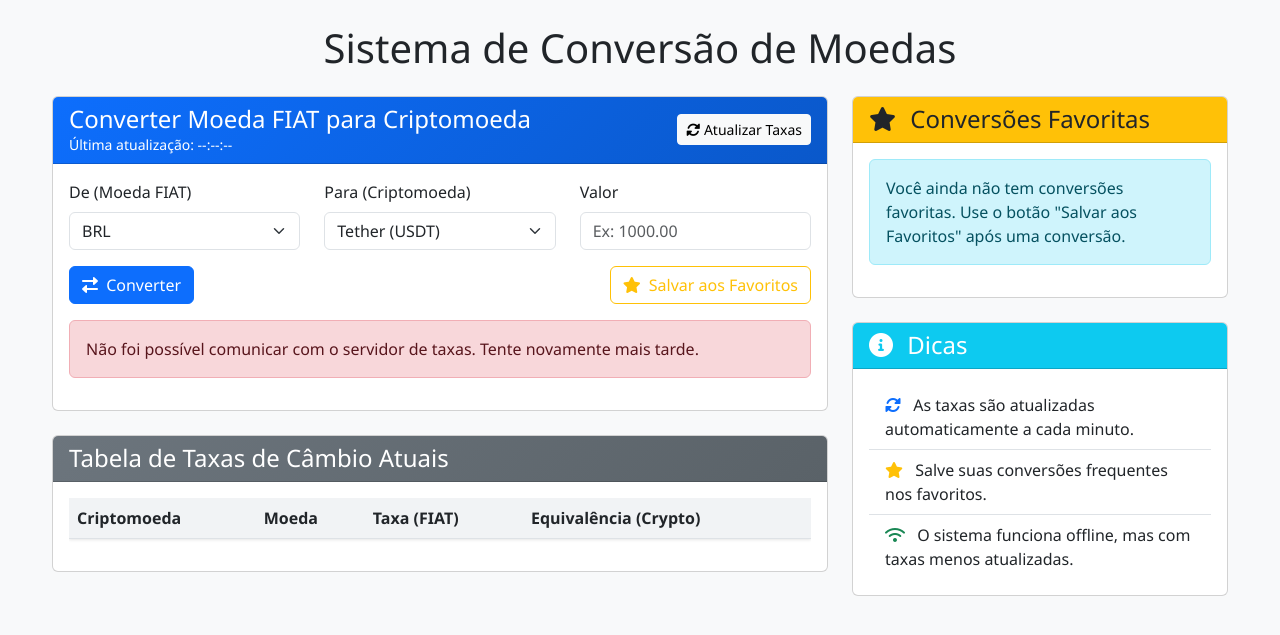
Repository: victorvilanova/crypto-convert-system
Page: index.html
These files come from the project's save history. The page is drawn as it stood at one moment and after the next save; the edit follows.
The browser window is 1280 px wide. The pictures show the whole page.
The page's requests for data from a server got no answer.

Above is the page before, as saved 2025-04-10 19:01:00.

### index.html
<!DOCTYPE html>
<html lang="pt-br">
  <head>
    <meta charset="UTF-8" />
    <meta name="viewport" content="width=device-width, initial-scale=1.0" />
    <title>Sistema de Conversão FIAT para Criptomoedas</title>
    <link
      href="https://cdn.jsdelivr.net/npm/bootstrap@5.3.0/dist/css/bootstrap.min.css"
      rel="stylesheet"
    />
    <link rel="stylesheet" href="https://cdnjs.cloudflare.com/ajax/libs/font-awesome/6.0.0-beta3/css/all.min.css">
    <link rel="stylesheet" href="assets/css/style.css" />
  </head>
  <body>
    <div id="offlineAlert" class="alert alert-warning sticky-top" style="display: none;">
      <strong>Você está offline!</strong> Os dados de taxas podem estar desatualizados.
    </div>

    <div class="container mt-4">
      <div class="row">
        <div class="col-md-12">
          <h1 class="text-center mb-4">Sistema de Conversão de Moedas</h1>

          <!-- Área de mensagens temporárias -->
          <div id="message" class="mb-3" style="display: none;"></div>

          <div class="row">
            <!-- Coluna principal -->
            <div class="col-lg-8">
              <!-- Conversor -->
              <div class="card mb-4">
                <div class="card-header bg-primary text-white d-flex justify-content-between align-items-center">
                  <div>
                    <h2 class="h4 mb-0">Converter Moeda FIAT para Criptomoeda</h2>
                    <div class="small">
                      Última atualização: <span id="lastUpdate">--:--:--</span>
                    </div>
                  </div>
                  <button id="forceUpdateBtn" class="btn btn-sm btn-light">
                    <i class="fas fa-sync-alt"></i> Atualizar Taxas
                  </button>
                </div>
                <div class="card-body">
                  <form id="converterForm">
                    <div class="row mb-3">
                      <div class="col-md-4">
                        <label for="fromCurrency" class="form-label"
                          >De (Moeda FIAT)</label
                        >
                        <select id="fromCurrency" class="form-select" required>
                          <!-- Opções serão preenchidas pelo JavaScript -->
                        </select>
                      </div>
                      <div class="col-md-4">
                        <label for="toCrypto" class="form-label"
                          >Para (Criptomoeda)</label
                        >
                        <select id="toCrypto" class="form-select" required>
                          <!-- Opções serão preenchidas pelo JavaScript -->
                        </select>
                      </div>
                      <div class="col-md-4">
                        <label for="amount" class="form-label">Valor</label>
                        <input
                          type="number"
                          id="amount"
                          class="form-control"
                          step="0.01"
                          min="0.01"
                          required
                          placeholder="Ex: 1000.00"
                        />
                      </div>
                    </div>
                    <div class="d-flex justify-content-between">
                      <button type="button" id="convertBtn" class="btn btn-primary">
                        <i class="fas fa-exchange-alt me-1"></i> Converter
                      </button>
                      <button type="button" id="addFavoriteBtn" class="btn btn-outline-warning">
                        <i class="fas fa-star me-1"></i> Salvar aos Favoritos
                      </button>
                    </div>
                  </form>

                  <div id="loading" class="text-center my-3" style="display: none">
                    <div class="spinner-border text-primary" role="status">
                      <span class="visually-hidden">Carregando...</span>
                    </div>
                    <p class="mt-2">Processando, aguarde...</p>
                  </div>

                  <div id="result" class="mt-3" style="display: none">
                    <!-- Resultado será exibido aqui pelo JavaScript -->
                  </div>

                  <div id="error" class="mt-3" style="display: none">
                    <!-- Erros serão exibidos aqui pelo JavaScript -->
                  </div>
                </div>
              </div>

              <!-- Tabela de Taxas de Câmbio -->
              <div class="card">
                <div class="card-header bg-secondary text-white">
                  <h2 class="h4 mb-0">Tabela de Taxas de Câmbio Atuais</h2>
                </div>
                <div class="card-body">
                  <div class="table-responsive">
                    <table class="table table-striped table-hover">
                      <thead>
                        <tr>
                          <th>Criptomoeda</th>
                          <th>Moeda</th>
                          <th>Taxa (FIAT)</th>
                          <th>Equivalência (Crypto)</th>
                        </tr>
                      </thead>
                      <tbody id="ratesTableBody">
                        <!-- Taxas serão preenchidas pelo JavaScript -->
                      </tbody>
                    </table>
                  </div>
                </div>
              </div>
            </div>

            <!-- Coluna lateral -->
            <div class="col-lg-4">
              <!-- Favoritos -->
              <div class="card mb-4">
                <div class="card-header bg-warning text-dark">
                  <h2 class="h4 mb-0">
                    <i class="fas fa-star me-2"></i> Conversões Favoritas
                  </h2>
                </div>
                <div class="card-body">
                  <div id="favoritesContainer">
                    <!-- Favoritos serão preenchidos pelo JavaScript -->
                  </div>
                </div>
              </div>

              <!-- Dicas -->
              <div class="card">
                <div class="card-header bg-info text-white">
                  <h2 class="h4 mb-0">
                    <i class="fas fa-info-circle me-2"></i> Dicas
                  </h2>
                </div>
                <div class="card-body">
                  <ul class="list-group list-group-flush">
                    <li class="list-group-item">
                      <i class="fas fa-sync-alt text-primary me-2"></i>
                      As taxas são atualizadas automaticamente a cada minuto.
                    </li>
                    <li class="list-group-item">
                      <i class="fas fa-star text-warning me-2"></i>
                      Salve suas conversões frequentes nos favoritos.
                    </li>
                    <li class="list-group-item">
                      <i class="fas fa-wifi text-success me-2"></i>
                      O sistema funciona offline, mas com taxas menos atualizadas.
                    </li>
                  </ul>
                </div>
              </div>
            </div>
          </div>
        </div>
      </div>
    </div>

    <!-- Importando o ponto de entrada da aplicação como um módulo ES6 -->
    <script type="module" src="assets/js/app.js"></script>
  </body>
</html>

### assets/css/style.css
/*** CSS para o banner de KYC ***/
.kyc-banner {
  width: 100%;
  background-color: #fff3cd;
  border: 1px solid #ffeeba;
  margin-bottom: 20px;
  border-radius: 8px;
  box-shadow: 0 2px 8px rgba(0, 0, 0, 0.1);
  animation: fadeInDown 0.5s ease;
}

.kyc-banner-content {
  display: flex;
  align-items: center;
  padding: 16px;
  position: relative;
}

.kyc-banner-icon {
  color: #e4a11b;
  font-size: 24px;
  margin-right: 16px;
  display: flex;
  align-items: center;
  justify-content: center;
}

.kyc-banner-text {
  flex: 1;
}

.kyc-banner-text h3 {
  margin: 0 0 4px 0;
  font-size: 18px;
  color: #856404;
}

.kyc-banner-text p {
  margin: 0;
  color: #856404;
}

.btn-start-kyc-banner {
  margin-left: 16px;
  white-space: nowrap;
  background-color: #ffc107;
  border-color: #ffc107;
  color: #212529;
}

.btn-start-kyc-banner:hover {
  background-color: #e0a800;
  border-color: #d39e00;
}

.kyc-banner-close {
  position: absolute;
  top: 8px;
  right: 8px;
  background: none;
  border: none;
  color: #856404;
  font-size: 20px;
  cursor: pointer;
  padding: 0;
  line-height: 1;
}

@keyframes fadeInDown {
  from {
    opacity: 0;
    transform: translateY(-20px);
  }
  to {
    opacity: 1;
    transform: translateY(0);
  }
}

/**
 * Estilos customizados para o Sistema de Conversão de Moedas
 */

/* Estilos gerais */
body {
  background-color: #f8f9fa;
  font-family: 'Segoe UI', Tahoma, Geneva, Verdana, sans-serif;
}

.container {
  max-width: 1200px;
}

/* Cabeçalho do conversor */
.card-header.bg-primary {
  background: linear-gradient(135deg, #0d6efd, #0a58ca) !important;
}

.card-header.bg-secondary {
  background: linear-gradient(135deg, #6c757d, #5a6268) !important;
}

/* Animações de carregamento */
@keyframes pulse {
  0% { opacity: 1; }
  50% { opacity: 0.5; }
  100% { opacity: 1; }
}

.loading-pulse {
  animation: pulse 1.5s infinite ease-in-out;
}

/* Alerta offline */
#offlineAlert {
  border-radius: 0;
  margin-bottom: 0;
  box-shadow: 0 2px 5px rgba(0, 0, 0, 0.1);
}

/* Área de resultado */
#result .alert-success {
  border-left: 5px solid #198754;
}

/* Estilizando a tabela */
.table {
  box-shadow: 0 1px 3px rgba(0, 0, 0, 0.1);
}

.table th {
  background-color: #f1f3f5;
  position: sticky;
  top: 0;
}

.table tbody tr:hover {
  background-color: rgba(13, 110, 253, 0.05);
}

/* Melhorando a responsividade */
@media (max-width: 767.98px) {
  .row .col-md-4 {
    margin-bottom: 1rem;
  }

  .card-header {
    flex-direction: column;
    align-items: start !important;
  }

  #forceUpdateBtn {
    margin-top: 0.5rem;
  }

  .table-responsive {
    border-radius: 0.375rem;
  }
}

/* Estilos para inputs e selects */
.form-control:focus, .form-select:focus {
  border-color: #0d6efd;
  box-shadow: 0 0 0 0.25rem rgba(13, 110, 253, 0.25);
}

/* Efeitos de transição */
.card, .btn, .alert {
  transition: all 0.3s ease;
}

.alert {
  border-radius: 0.375rem;
}

/* Botão de atualização */
#forceUpdateBtn:hover {
  background-color: #f8f9fa;
}

#forceUpdateBtn:active {
  transform: scale(0.98);
}

/* Animação para atualização de taxas */
@keyframes highlight {
  0% { background-color: transparent; }
  50% { background-color: rgba(255, 193, 7, 0.2); }
  100% { background-color: transparent; }
}

.highlight-row {
  animation: highlight 1.5s ease;
}

### assets/js/app.js
/**
 * app.js
 * Ponto de entrada principal da aplicação
 */
import CryptoController from './controllers/CryptoController.js';

// Inicializa a aplicação quando o DOM estiver carregado
document.addEventListener('DOMContentLoaded', () => {
  // Cria e inicializa o controlador principal
  const cryptoApp = new CryptoController();

  // Inicializa a aplicação
  cryptoApp.init();

  // Armazena a instância do controlador no objeto window para depuração (opcional)
  window.cryptoApp = cryptoApp;

  console.log('Crypto Convert System inicializado com sucesso!');
});

### assets/js/utils/PerformanceUtils.js
/**
 * PerformanceUtils.js
 * Utilitários para melhorar a performance da aplicação
 */
export default class PerformanceUtils {
  /**
   * Implementa função de debounce para limitar a frequência de execução
   * @param {Function} func - Função a ser executada
   * @param {number} wait - Tempo de espera em ms
   * @param {boolean} immediate - Se verdadeiro, executa no início em vez do final
   * @returns {Function} Função com debounce
   */
  static debounce(func, wait = 300, immediate = false) {
    let timeout;

    return function() {
      const context = this;
      const args = arguments;

      const later = function() {
        timeout = null;
        if (!immediate) func.apply(context, args);
      };

      const callNow = immediate && !timeout;
      clearTimeout(timeout);
      timeout = setTimeout(later, wait);

      if (callNow) func.apply(context, args);
    };
  }

  /**
   * Implementa função de throttle para limitar a frequência de execução
   * @param {Function} func - Função a ser executada
   * @param {number} limit - Limite de tempo em ms
   * @returns {Function} Função com throttle
   */
  static throttle(func, limit = 300) {
    let inThrottle;

    return function() {
      const args = arguments;
      const context = this;

      if (!inThrottle) {
        func.apply(context, args);
        inThrottle = true;
        setTimeout(() => inThrottle = false, limit);
      }
    };
  }

  /**
   * Detecta se a aplicação está rodando em um dispositivo com baixo poder de processamento
   * @returns {boolean} Verdadeiro se for um dispositivo de baixo desempenho
   */
  static isLowPowerDevice() {
    // Verificação básica baseada em características do hardware e navegador
    const maxTouchPoints = navigator.maxTouchPoints || 0;
    const memory = navigator.deviceMemory || 4; // Padrão é 4GB se não disponível
    const cpuCores = navigator.hardwareConcurrency || 4; // Padrão é 4 cores
    const isMobile = /Android|webOS|iPhone|iPad|iPod|BlackBerry|IEMobile|Opera Mini/i.test(navigator.userAgent);

    // Considera um dispositivo de baixa potência se for mobile e tiver recursos limitados
    return isMobile && (memory < 4 || cpuCores < 4);
  }

  /**
   * Ajusta a frequência de atualizações com base nas capacidades do dispositivo
   * @returns {number} Intervalo recomendado em milissegundos
   */
  static getRecommendedUpdateInterval() {
    const isLowPower = this.isLowPowerDevice();

    // Em dispositivos de baixa potência, atualizamos com menos frequência
    return isLowPower ? 3 * 60 * 1000 : 60 * 1000; // 3 minutos vs 1 minuto
  }
}

### assets/js/utils/FavoritesManager.js
/**
 * FavoritesManager.js
 * Gerencia o armazenamento e recuperação de conversões favoritas
 */
export default class FavoritesManager {
  constructor() {
    this.storageKey = 'crypto_convert_favorites';
    this.maxFavorites = 5;
  }

  /**
   * Obtém a lista de favoritos
   * @returns {Array} Lista de favoritos
   */
  getFavorites() {
    try {
      const favorites = localStorage.getItem(this.storageKey);
      return favorites ? JSON.parse(favorites) : [];
    } catch (error) {
      console.error('Erro ao recuperar favoritos:', error);
      return [];
    }
  }

  /**
   * Adiciona uma conversão aos favoritos
   * @param {Object} conversion - Dados da conversão a ser salva
   * @returns {boolean} Verdadeiro se salvo com sucesso
   */
  addFavorite(conversion) {
    try {
      // Valida os dados da conversão
      if (!conversion.fromCurrency || !conversion.toCrypto || !conversion.amount) {
        return false;
      }

      const favorites = this.getFavorites();

      // Verifica se já existe um favorito igual
      const existingIndex = favorites.findIndex(fav =>
        fav.fromCurrency === conversion.fromCurrency &&
        fav.toCrypto === conversion.toCrypto
      );

      // Se existir, atualiza o valor
      if (existingIndex >= 0) {
        favorites[existingIndex] = conversion;
      } else {
        // Se atingiu o limite, remove o mais antigo
        if (favorites.length >= this.maxFavorites) {
          favorites.shift();
        }

        // Adiciona o novo favorito
        favorites.push(conversion);
      }

      localStorage.setItem(this.storageKey, JSON.stringify(favorites));
      return true;
    } catch (error) {
      console.error('Erro ao salvar favorito:', error);
      return false;
    }
  }

  /**
   * Remove um favorito da lista
   * @param {number} index - Índice do favorito a ser removido
   * @returns {boolean} Verdadeiro se removido com sucesso
   */
  removeFavorite(index) {
    try {
      const favorites = this.getFavorites();

      if (index < 0 || index >= favorites.length) {
        return false;
      }

      favorites.splice(index, 1);
      localStorage.setItem(this.storageKey, JSON.stringify(favorites));
      return true;
    } catch (error) {
      console.error('Erro ao remover favorito:', error);
      return false;
    }
  }

  /**
   * Limpa todos os favoritos
   * @returns {boolean} Verdadeiro se limpo com sucesso
   */
  clearFavorites() {
    try {
      localStorage.removeItem(this.storageKey);
      return true;
    } catch (error) {
      console.error('Erro ao limpar favoritos:', error);
      return false;
    }
  }
}

### assets/js/utils/CacheManager.js
/**
 * CacheManager.js
 * Utilitário para gerenciar cache de dados
 */
export default class CacheManager {
  constructor(ttlInMinutes = 10) {
    this.cacheKeyPrefix = 'crypto_convert_';
    this.defaultTtl = ttlInMinutes * 60 * 1000; // Convertendo minutos para milissegundos
  }

  /**
   * Salva dados no cache
   * @param {string} key - Chave para o item no cache
   * @param {any} data - Dados a serem armazenados
   * @param {number} ttl - Tempo de vida em ms (opcional)
   */
  setItem(key, data, ttl = this.defaultTtl) {
    const cacheItem = {
      data: data,
      expiry: Date.now() + ttl,
      timestamp: Date.now()
    };

    try {
      localStorage.setItem(this.cacheKeyPrefix + key, JSON.stringify(cacheItem));
      return true;
    } catch (error) {
      console.warn('Erro ao armazenar no cache:', error);
      return false;
    }
  }

  /**
   * Recupera dados do cache
   * @param {string} key - Chave do item no cache
   * @returns {any} Dados armazenados ou null se expirado ou não encontrado
   */
  getItem(key) {
    try {
      const cachedItem = localStorage.getItem(this.cacheKeyPrefix + key);

      if (!cachedItem) {
        return null;
      }

      const item = JSON.parse(cachedItem);

      // Verifica se o item expirou
      if (item.expiry < Date.now()) {
        this.removeItem(key);
        return null;
      }

      return item.data;
    } catch (error) {
      console.warn('Erro ao recuperar do cache:', error);
      return null;
    }
  }

  /**
   * Remove um item do cache
   * @param {string} key - Chave do item a ser removido
   */
  removeItem(key) {
    try {
      localStorage.removeItem(this.cacheKeyPrefix + key);
    } catch (error) {
      console.warn('Erro ao remover item do cache:', error);
    }
  }

  /**
   * Limpa todos os itens de cache da aplicação
   */
  clearCache() {
    try {
      // Remove apenas itens que pertencem a esta aplicação
      Object.keys(localStorage).forEach(key => {
        if (key.startsWith(this.cacheKeyPrefix)) {
          localStorage.removeItem(key);
        }
      });
    } catch (error) {
      console.warn('Erro ao limpar cache:', error);
    }
  }

  /**
   * Verifica a idade dos dados em cache
   * @param {string} key - Chave do item no cache
   * @returns {number} Idade em minutos ou -1 se não encontrado
   */
  getItemAge(key) {
    try {
      const cachedItem = localStorage.getItem(this.cacheKeyPrefix + key);

      if (!cachedItem) {
        return -1;
      }

      const item = JSON.parse(cachedItem);
      const ageInMs = Date.now() - item.timestamp;

      // Retorna idade em minutos
      return Math.floor(ageInMs / (60 * 1000));
    } catch (error) {
      return -1;
    }
  }
}

### assets/js/utils/ErrorHandler.js
/**
 * ErrorHandler.js
 * Utilitário para gerenciar erros da aplicação
 */
export default class ErrorHandler {
  constructor() {
    this.errorTypes = {
      API_ERROR: 'api_error',
      VALIDATION_ERROR: 'validation_error',
      CONVERSION_ERROR: 'conversion_error',
      NETWORK_ERROR: 'network_error',
      UNKNOWN_ERROR: 'unknown_error'
    };
  }

  /**
   * Processa um erro e retorna um objeto de erro formatado
   * @param {Error} error - O erro original
   * @param {string} context - O contexto onde o erro ocorreu
   * @returns {Object} Objeto de erro formatado
   */
  handleError(error, context = '') {
    // Determina o tipo de erro
    const errorType = this.determineErrorType(error);

    // Registra erro no console com informações adicionais
    console.error(`[${context}] ${errorType}:`, error);

    // Retorna um objeto de erro formatado e amigável
    return {
      type: errorType,
      message: this.getUserFriendlyMessage(error, errorType),
      originalError: error,
      timestamp: new Date()
    };
  }

  /**
   * Determina o tipo de erro
   * @param {Error} error - O erro a ser analisado
   * @returns {string} O tipo de erro
   */
  determineErrorType(error) {
    const { errorTypes } = this;

    if (!navigator.onLine) {
      return errorTypes.NETWORK_ERROR;
    }

    if (error.message.includes('API error') || error.message.includes('fetch')) {
      return errorTypes.API_ERROR;
    }

    if (error.message.includes('conversão') || error.message.includes('taxa')) {
      return errorTypes.CONVERSION_ERROR;
    }

    if (error.message.includes('válido') || error.message.includes('informe')) {
      return errorTypes.VALIDATION_ERROR;
    }

    return errorTypes.UNKNOWN_ERROR;
  }

  /**
   * Obtém uma mensagem de erro amigável para o usuário
   * @param {Error} error - O erro original
   * @param {string} errorType - O tipo de erro
   * @returns {string} Mensagem de erro amigável
   */
  getUserFriendlyMessage(error, errorType) {
    const { errorTypes } = this;

    const errorMessages = {
      [errorTypes.API_ERROR]: 'Não foi possível comunicar com o servidor de taxas. Tente novamente mais tarde.',
      [errorTypes.VALIDATION_ERROR]: error.message,
      [errorTypes.CONVERSION_ERROR]: 'Não foi possível realizar a conversão com os valores informados.',
      [errorTypes.NETWORK_ERROR]: 'Você parece estar offline. Verifique sua conexão com a internet.',
      [errorTypes.UNKNOWN_ERROR]: 'Ocorreu um erro inesperado. Por favor, tente novamente.'
    };

    return errorMessages[errorType] || error.message;
  }
}

### assets/js/utils/Validator.js
/**
 * Validator.js
 * Utilitário para validação de entradas do usuário
 */
export default class Validator {
  /**
   * Valida um valor de conversão
   * @param {number} amount - Valor a ser validado
   * @throws {Error} Se o valor for inválido
   */
  static validateAmount(amount) {
    // Verifica se é um número
    if (isNaN(amount)) {
      throw new Error('O valor precisa ser um número válido');
    }

    // Verifica valor positivo
    if (amount <= 0) {
      throw new Error('O valor precisa ser maior que zero');
    }

    // Verifica valor máximo para evitar problemas
    if (amount > 1000000000) {
      throw new Error('O valor é muito alto para conversão');
    }

    return true;
  }

  /**
   * Sanitiza uma string para evitar XSS
   * @param {string} input - String para sanitizar
   * @returns {string} String sanitizada
   */
  static sanitizeString(input) {
    if (typeof input !== 'string') {
      return '';
    }

    // Remove tags HTML e caracteres potencialmente perigosos
    return input
      .replace(/</g, '&lt;')
      .replace(/>/g, '&gt;')
      .replace(/"/g, '&quot;')
      .replace(/'/g, '&#39;')
      .replace(/`/g, '&#96;')
      .replace(/\$/g, '&#36;');
  }

  /**
   * Valida uma moeda ou criptomoeda
   * @param {string} code - Código da moeda/cripto
   * @param {string[]} allowedValues - Valores permitidos
   * @throws {Error} Se o código for inválido
   */
  static validateCurrencyCode(code, allowedValues) {
    // Verifica se é string
    if (typeof code !== 'string') {
      throw new Error('Código de moeda inválido');
    }

    // Sanitiza o código
    const sanitizedCode = this.sanitizeString(code);

    // Verifica se está na lista de valores permitidos
    if (!allowedValues.includes(sanitizedCode)) {
      throw new Error(`Moeda "${sanitizedCode}" não é suportada`);
    }

    return true;
  }
}

Loaded but not shown: assets/js/views/CryptoView.js (397 lines, source omitted); assets/js/controllers/CryptoController.js (337 lines, source omitted); assets/js/models/CryptoModel.js (179 lines, source omitted)

After the next save:
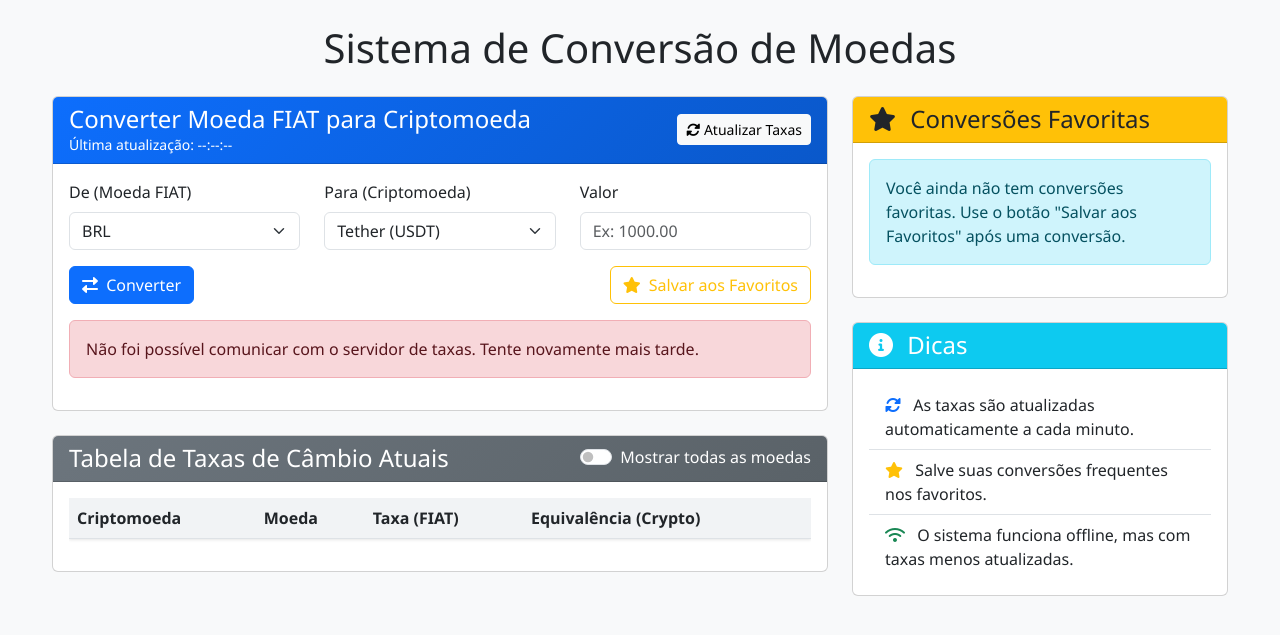
Saved 21 s later.
--- a/index.html
+++ b/index.html
@@ -101,8 +101,12 @@
 
               <!-- Tabela de Taxas de Câmbio -->
               <div class="card">
-                <div class="card-header bg-secondary text-white">
+                <div class="card-header bg-secondary text-white d-flex justify-content-between align-items-center">
                   <h2 class="h4 mb-0">Tabela de Taxas de Câmbio Atuais</h2>
+                  <div class="form-check form-switch text-white">
+                    <input class="form-check-input" type="checkbox" id="showAllCurrencies">
+                    <label class="form-check-label" for="showAllCurrencies">Mostrar todas as moedas</label>
+                  </div>
                 </div>
                 <div class="card-body">
                   <div class="table-responsive">
